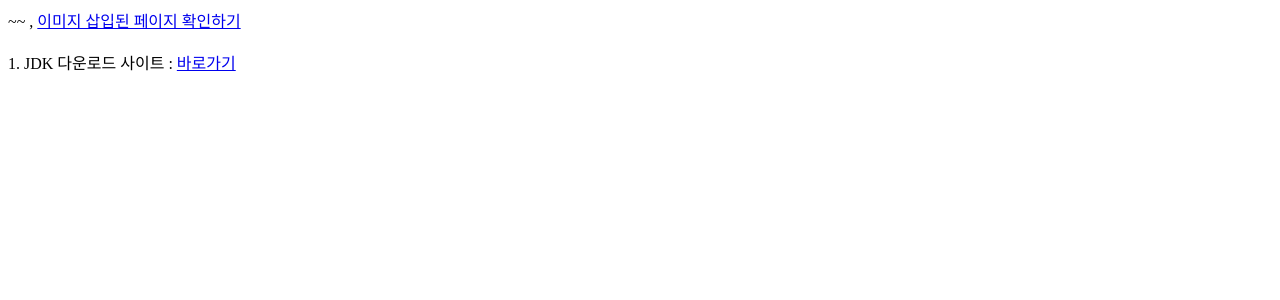
Repository: parkgyutaee/My_JAVA_Project
Page: http://localhost/JSPStudy/hyperlink_text.jsp
An editor plug-in stored every save of this project. The page is shown before and after the next save, followed by the edit.
The browser window is 1280 px wide. The pictures show the whole page.
The page is served by Tomcat 9.

Above is the page before, as saved 2025-07-09 06:29:13.

After the next save:
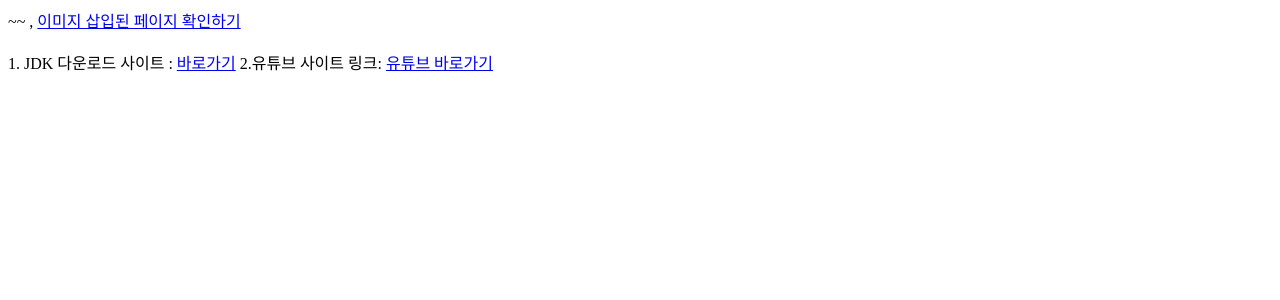
Saved 99 s later.
--- a/Workspace/JSPStudy/src/main/webapp/hyperlink_text.jsp
+++ b/Workspace/JSPStudy/src/main/webapp/hyperlink_text.jsp
@@ -10,5 +10,8 @@
 ~~ , <a href="insert_image.jsp">이미지 삽입된 페이지 확인하기</a> <br/><br/>
 1. JDK 다운로드 사이트 :
 <a href = "https://www.oracle.com/java">바로가기</a>
+
+2.유튜브 사이트 링크:
+<a href = "https://www.youtube.com">유튜브 바로가기</a>
 </body>
 </html>
